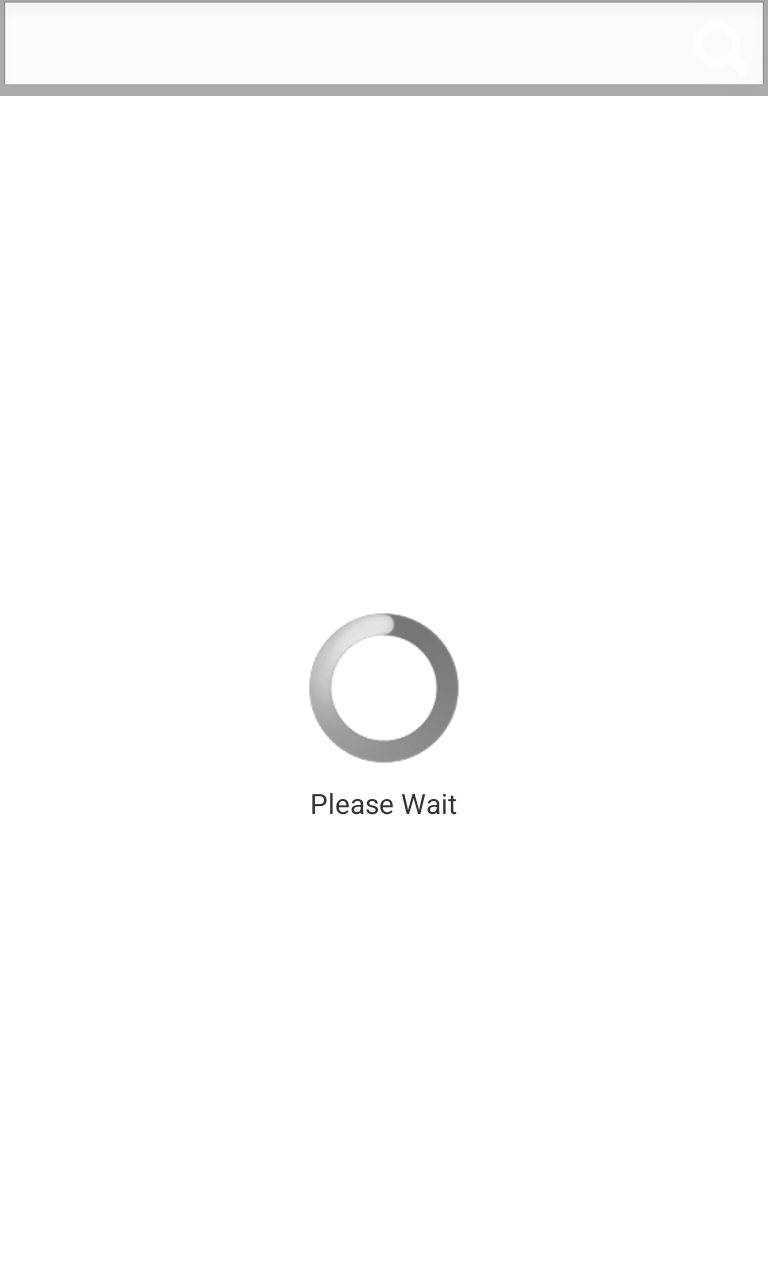
Repository: galihandy/chessboard
Layout: ArsenalIndonesia/res/layout/multiview.xml
The author's editor kept a copy of each file at every save. The layout is drawn from the files as they stood at one save, then again after the next save.
It is drawn on a 768 x 1280 px phone screen (xhdpi) without system bars, with theme android:Theme.Light.NoTitleBar; the app's code is not run. Lists and similar views that code fills are empty.

Above is the layout before, as saved 2013-02-16 04:27:35.

### ArsenalIndonesia/res/layout/multiview.xml
<?xml version="1.0" encoding="utf-8"?>
<RelativeLayout xmlns:android="http://schemas.android.com/apk/res/android"
    android:id="@+id/sampleLayoutExample"
    android:layout_width="fill_parent"
    android:layout_height="fill_parent"
    android:orientation="vertical" >

    <RelativeLayout
        android:id="@+id/search_layout"
        android:layout_width="match_parent"
        android:layout_height="wrap_content"
        android:background="@android:color/darker_gray" >

        <ImageView
            android:id="@+id/search_img"
            android:layout_width="wrap_content"
            android:layout_height="wrap_content"
            android:src="@drawable/icon_search"
            android:layout_alignParentRight="true" />
        <EditText android:id="@+id/search_edittext"
            android:layout_height="wrap_content"
            android:layout_width="match_parent"/>
    </RelativeLayout>

    <RelativeLayout
        android:id="@+id/loadingRelLayout"
        android:layout_width="fill_parent"
        android:layout_height="fill_parent"
        android:layout_below="@id/search_layout"
        android:orientation="vertical" >

        <!-- Your Content view here -->

        <ProgressBar
            android:id="@+id/progress_bar"
            style="?android:attr/progressBarStyleLarge"
            android:layout_width="wrap_content"
            android:layout_height="wrap_content"
            android:layout_centerHorizontal="true"
            android:layout_centerVertical="true"
            android:paddingBottom="10dp"
            android:paddingTop="10dp" />

        <TextView
            android:id="@+id/waitting_textview"
            android:layout_width="wrap_content"
            android:layout_height="wrap_content"
            android:layout_below="@+id/progress_bar"
            android:layout_centerHorizontal="true"
            android:text="@string/please_wait" />
    </RelativeLayout>

    <RelativeLayout
        xmlns:tools="http://schemas.android.com/tools"
        android:id="@+id/listRelLayout"
        android:layout_width="match_parent"
        android:layout_height="match_parent"
        android:layout_below="@id/search_layout"
        android:orientation="vertical" >

        <!-- Your Content view here -->

        <ListView
            android:id="@+id/listview"
            android:layout_width="fill_parent"
            android:layout_height="match_parent"
            tools:context=".FeaturedActivity" />
    </RelativeLayout>

    <RelativeLayout
        xmlns:tools="http://schemas.android.com/tools"
        android:id="@+id/noDataRelLayout"
        android:layout_width="match_parent"
        android:layout_height="match_parent"
        android:layout_below="@id/search_layout"
        android:orientation="vertical" >

        <TextView
            android:id="@+id/no_data_textview"
            android:layout_width="wrap_content"
            android:layout_height="wrap_content"
            android:layout_centerInParent="true"
            android:textSize="20dp" />
    </RelativeLayout>

</RelativeLayout>

### ArsenalIndonesia/res/values/strings.xml
<resources>

    <string name="app_name">Arsenal Indonesia</string>
    <string name="reg_pg_title_lbl">Based on Regional</string>
    <string name="saved_pg_title_lbl">My AIS Event List</string>
    <string name="hello_world">Hello world!</string>
    <string name="menu_settings">Settings</string>
    <string name="search_hint">Search event</string>
    <string name="title_activity_main">Arsenal Indonesia</string>
    <string name="title_activity_featured">Featured</string>
    <string name="title_activity_ticket">Ticket</string>
    <string name="title_activity_myticket">My Ticket</string>
    <string name="please_wait">Please Wait</string>
    <string name="regional_lbl">Regional :</string>
    <string name="date_lbl">Date :</string>
    <string name="description_lbl">Description :</string>
    <string name="ticket">Ticket</string>
	<string name="contact">Contact</string>
	<string name="category">Category</string>
	<string name="author">Author</string>
    <string name="detail_event_add_menu_title">Add to My Event</string>
    <string name="detail_event_rmv_menu_title">Remove from My Event</string>
    <string name="search_event_title">Search Event</string>
    <string name="no_saved_event">No event saved</string>

</resources>

After the next save:
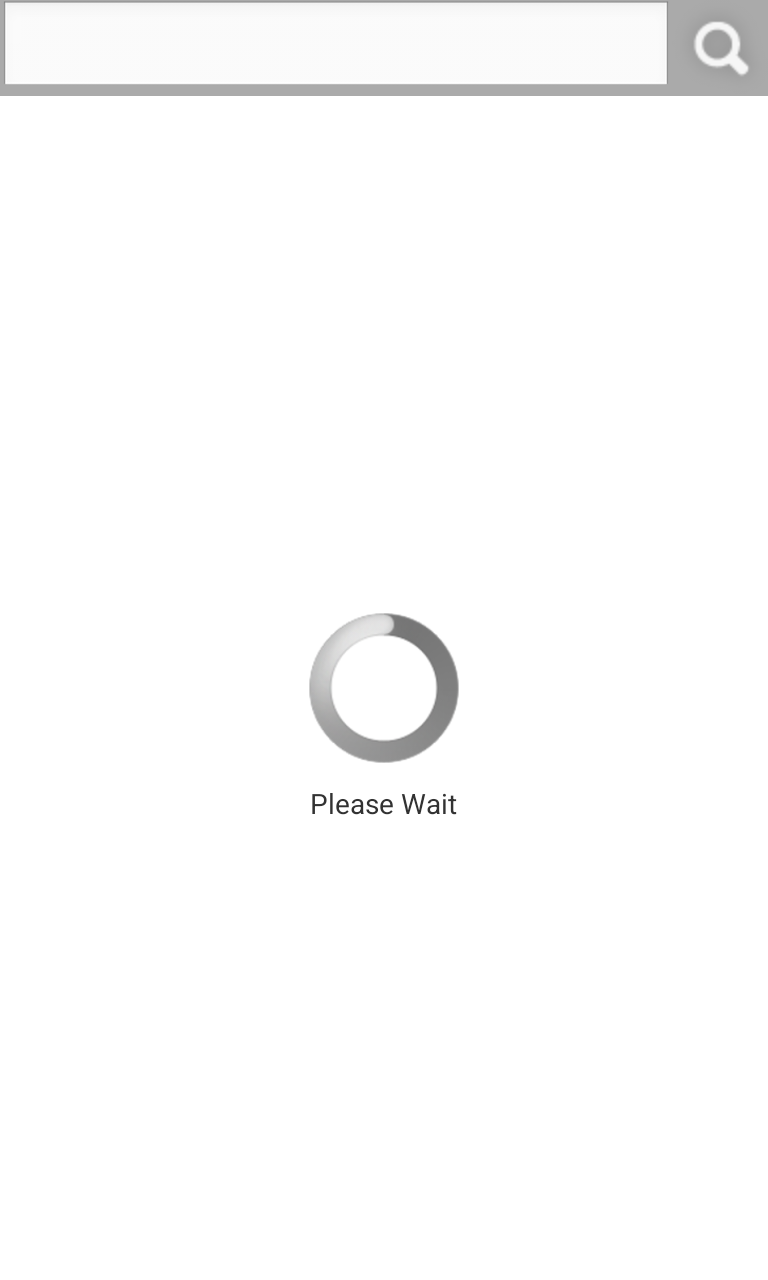
Saved 15 s later.
--- a/ArsenalIndonesia/res/layout/multiview.xml
+++ b/ArsenalIndonesia/res/layout/multiview.xml
@@ -19,7 +19,8 @@
             android:layout_alignParentRight="true" />
         <EditText android:id="@+id/search_edittext"
             android:layout_height="wrap_content"
-            android:layout_width="match_parent"/>
+            android:layout_width="match_parent"
+            android:layout_toLeftOf="@id/search_img"/>
     </RelativeLayout>
 
     <RelativeLayout
